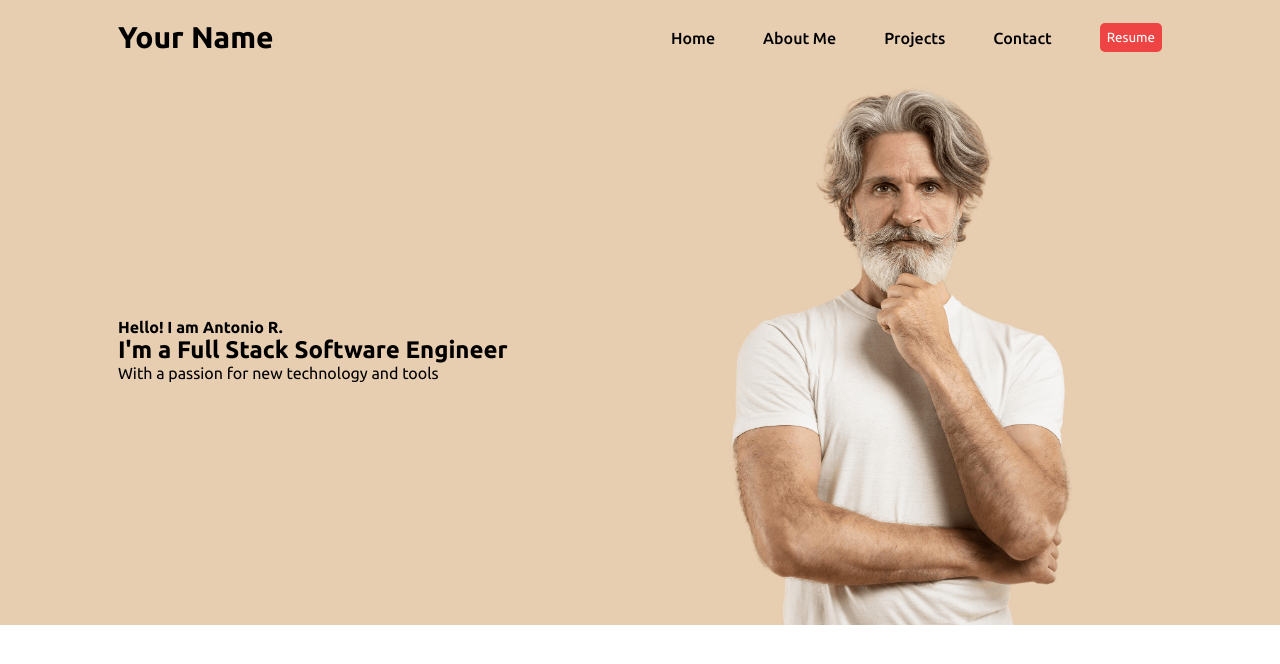
Repository: DevAntonioRogers/vanilla-portfolio
Page: index.html
The author's editor kept a copy of each file at every save. The page is drawn from the files as they stood at one save, then again after the next save.
The browser window is 1280 px wide. The pictures show the whole page.

Above is the page before, as saved 2023-07-14 16:47:35.

After the next save:
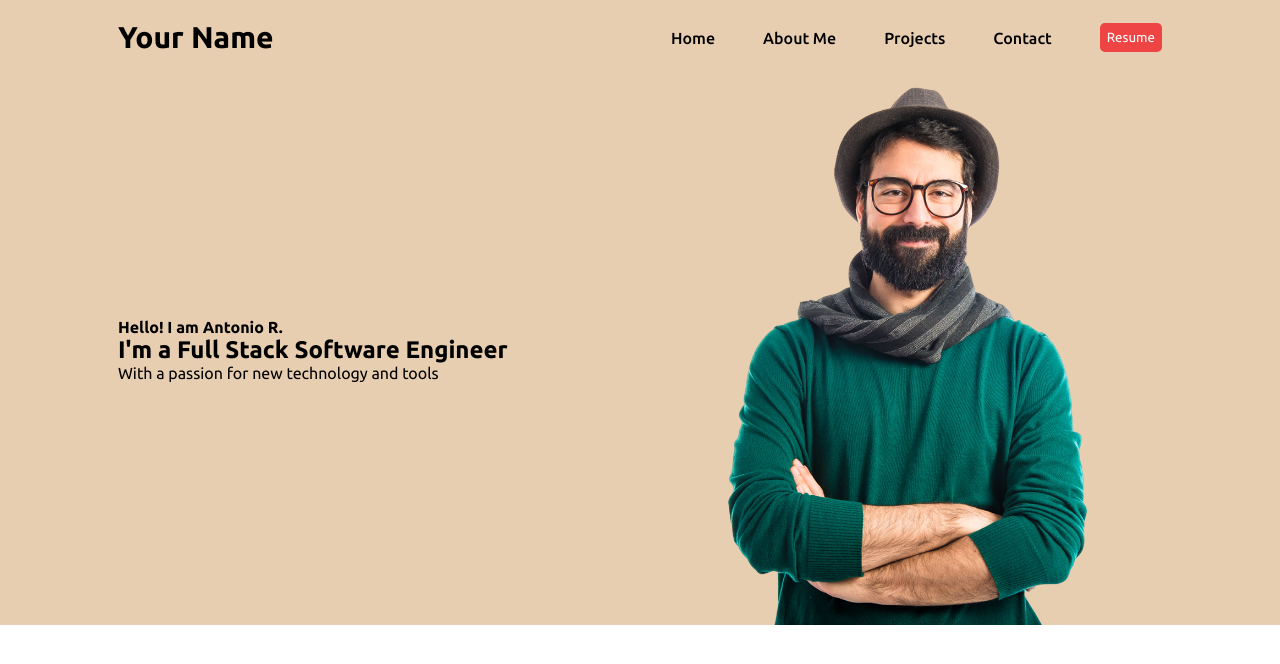
Saved 5 h 11 min later.
--- a/index.html
+++ b/index.html
@@ -41,7 +41,7 @@
         </div>
 
         <div class="hero-image-container">
-          <img src="./01.png" alt="" />
+          <img src="hero.png" alt="" />
         </div>
       </div>
     </section>
